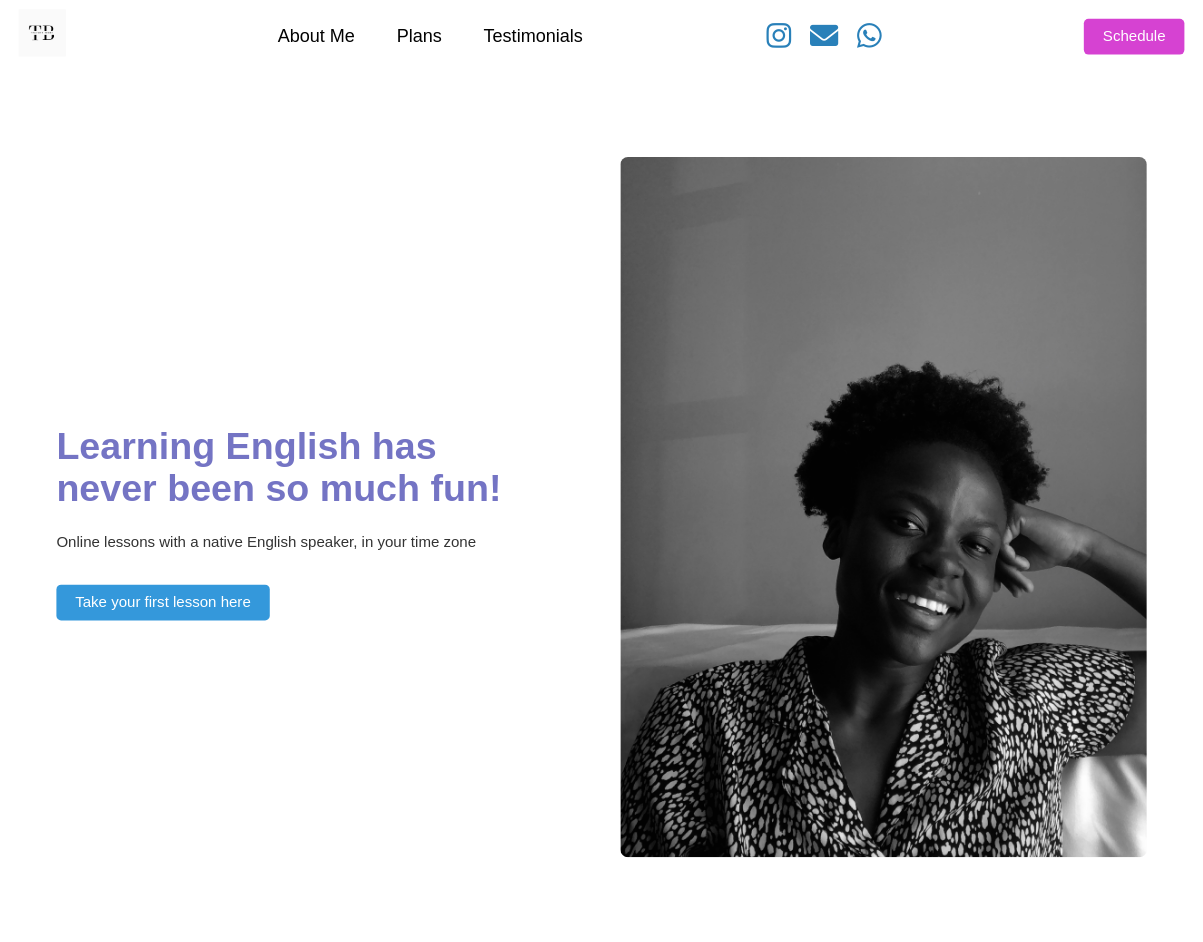
Repository: ntandomagana/esl-landing-page
Page: index.html
The author's editor kept a copy of each file at every save. The page is drawn from the files as they stood at one save, then again after the next save.
The browser window is 1280 px wide. The pictures show the whole page, at 94% of full size.

Above is the page before, as saved 2024-07-17 10:13:32.

### index.html
<!DOCTYPE html>
<html lang="en">
<head>
    <meta charset="UTF-8">
    <meta name="viewport" content="width=device-width, initial-scale=1.0">
    <link rel="stylesheet" href="https://cdnjs.cloudflare.com/ajax/libs/font-awesome/6.0.0-beta3/css/all.min.css">

    <title>Berry's English</title>
    <link rel="stylesheet" href="index.css">
</head>
<body>
    <!-- Header Section -->
    <header>
        <div class="header-container">
            <div class="logo">
                <img src="./assets/teacher Berry.png" alt="Teaacher Berry Logo">
            </div>
            <nav>
                <ul>
                    <li><a href="#about">About Me</a></li>
                    <li><a href="#services">Plans</a></li>
                    <li><a href="#testimonials">Testimonials</a></li>

                </ul>
            </nav>
            <div class="social-links">
                <a href="#" class="social-link"><i class="fab fa-instagram"></i></a>
                <a href="mailto:berry@example.com" class="social-link"><i class="fas fa-envelope"></i></a>
                <a href="https://wa.me/1234567890" class="social-link"><i class="fab fa-whatsapp"></i></a>
            </div>
            <a href="#contact" class="schedule-button">Schedule</a>
        </div>
    </header>

    <!-- Left and right division -->
     <section class="content-section">
        <div class="content-wrapper">
            <div class="left-content">
                <h2>Learning English has <br />
                    never been so much fun!</h2>
                <p>Online lessons with a native English speaker, in your time zone</p>
                <a href="#contact" class="action-button">Take your first lesson here</a>
            </div>

            <div class="right-content">
                <img src="./assets/bwpp.jpg" alt="Teacher Berry's Image">

            </div>
        </div>

     </section>
    </footer>
</body>
</html>

### index.css
/* styles.css */

body {
    font-family: Arial, Helvetica, sans-serif;
    margin: 0;
    padding: 0;
}

.header-container {
    display: flex;
    justify-content: space-between;
    align-items: center;
    padding: 10px 20px;
    background-color: white;

}

.logo {
    font-size: 1.8rem;
    font-weight: bold;
    text-transform: uppercase;
    color: black;
}

.logo img {
    height: 50px;
}

nav {
    margin-left: 20px; /* Add margin to the left of the entire nav element */
}

nav ul {
    list-style-type: none;
    padding: 0;
    margin: 0;
}

nav ul li {
    display: inline;
    margin: 20px; /* Adjust margin to add space between list items */
}

nav ul li:last-child {
    margin-right: 0;
}

nav ul li a {
    color: rgb(2, 2, 2);
    text-decoration: none;
    font-size: 1.2rem;
}

nav ul li a:hover {
    color: #d642d2;
    font-weight: bold;
}

.social-links {
    display: flex;
    align-items: center;
    margin-right: 20px;
}

.social-link {
    margin: 0 10px;
    display: inline-block;
    color: black;
    font-size: 30px;
}

.social-link i {
    color:#2980b9;
}

.social-link:hover i {
    color: #d642d2;
}

.schedule-button {
    padding: 10px 20px;
    background-color: #d642d2;
    color: #fff;
    text-decoration: none;
    border-radius: 5px;
    transition: background-color 0.3s ease;
}

.schedule-button:hover {
    background-color: #489fbc;
}

.content-section {
    padding: 50px 0;
    text-align: center;
}

.content-wrapper {
    display: flex;
    justify-content: space-around;
    align-items: stretch;
    max-width: 1200px;
    margin: 20px auto;
}

.left-content {
    flex: 1;
    padding: 20px;
    text-align: left;
    display: flex;
    flex-direction: column;
    justify-content: center;
    align-items: flex-start;
}


.left-content h2 {
    font-size: 2.5rem;
    color: rgb(116, 116, 196);
    margin-bottom: 10px;
    width: 100%;
}

.left-content p {
    font-size: 1rem;
    color: #333;
    width: 100%;
}

.right-content {
    flex: 1;
    padding: 20px;
    text-align: center;
    display: flex;
    justify-content: center;
    align-items: center;
}

.right-content img {
    max-width: 100%;
    height: auto;
    max-height: 800px; /* Example maximum height, adjust as needed */
    border-radius: 8px;
    /* Optional: Adds a subtle shadow */
}

.action-button {
    display: inline-block;
    padding: 10px 20px;
    background-color: #3498db;
    color: #fff;
    text-decoration: none;
    border-radius: 5px;
    transition: background-color 0.3s ease;
    margin-top: 20px; /* Add space above the button */
    position: relative;
     z-index: 1;
}

.action-button:hover {
    background-color: #2980b9;
}

After the next save:
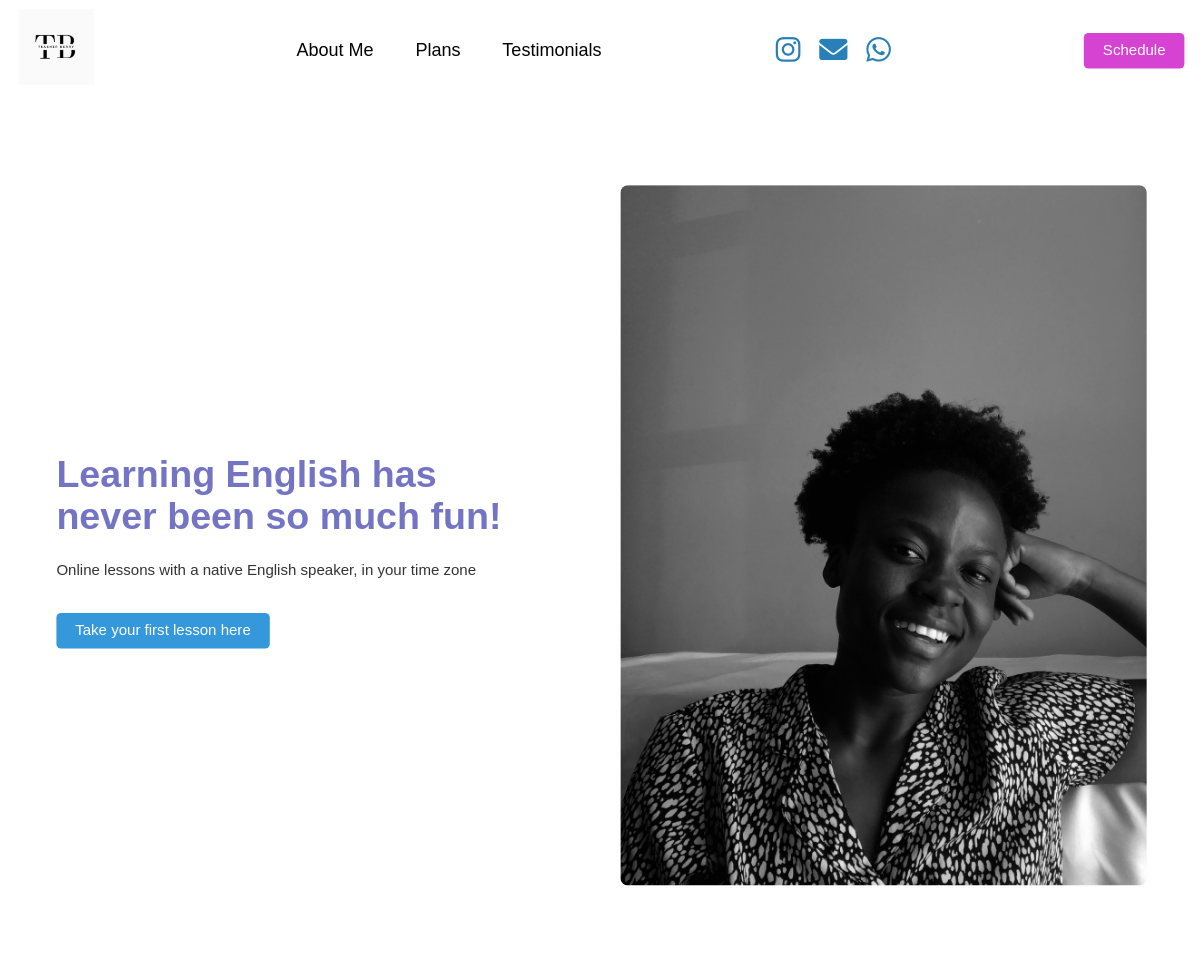
Saved 12 min 6 s later.
--- a/index.css
+++ b/index.css
@@ -23,7 +23,7 @@ body {
 }
 
 .logo img {
-    height: 50px;
+    height: 80px;
 }
 
 nav {
